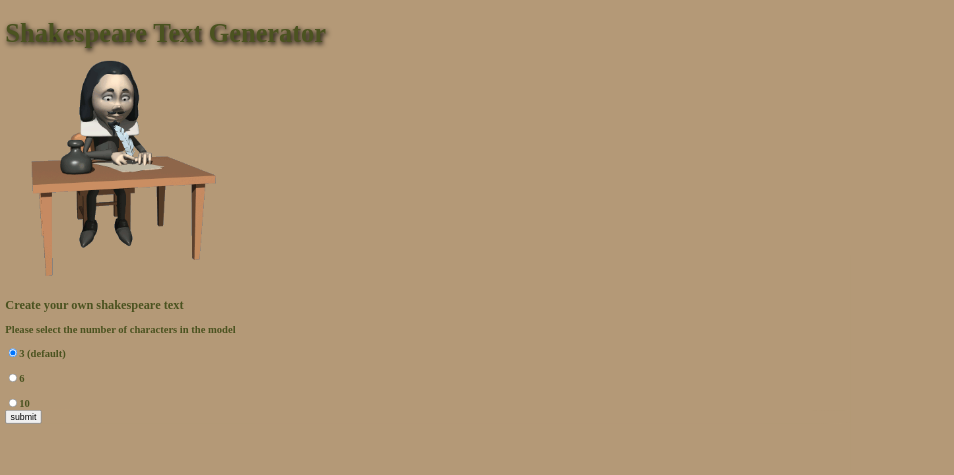
Repository: ShirinEskandari/PHP-AWS-TextGenerator
Page: http://localhost/
The author's editor kept a record of every edit. The page is drawn from the files as they stood at one moment, then again after the next edit.
The browser window is 1280 px wide. The page is 1288 px wide, then 1445 px, so the pictures cover 1445 px, including what lies to the right of the window. The pictures show the whole page, at 66% of full size.
The page is run by PHP 8.4 with error messages shown; the project is at /var/www/html/.

Above is the page before.

After the next edit:
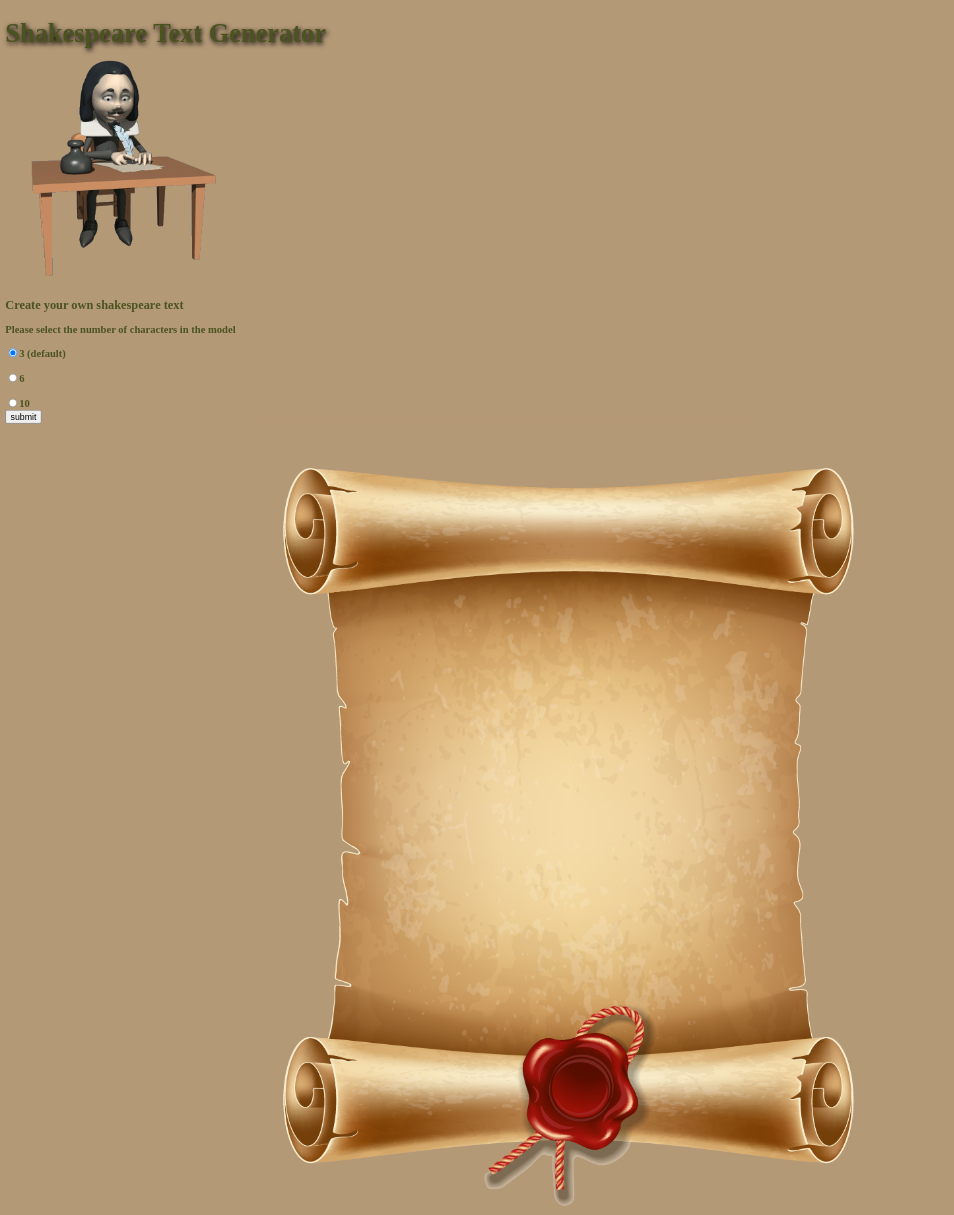
The edit:
--- a/index.php
+++ b/index.php
@@ -24,6 +24,9 @@
 
   <br>
 </form>
+<div class="container">
+    <img id="writerImg" src="./images/smallletter.png"></img>
+</div>
 
 </body>
 </html>
